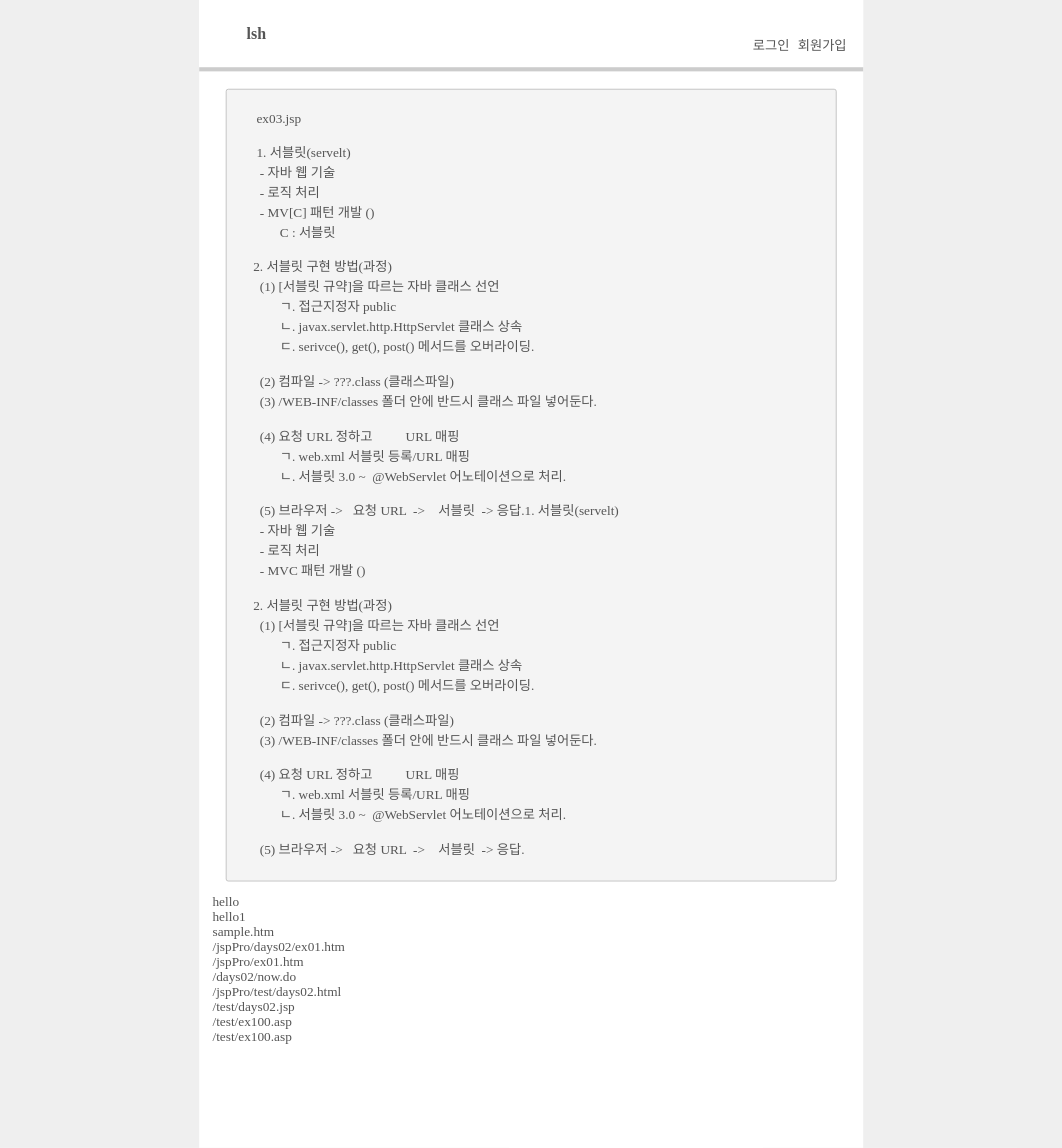
Repository: Seeker2250/JspTest
Page: http://localhost/jspPro/days02/ex03.jsp
These files come from the project's save history. The page is drawn as it stood at one moment and after the next save; the edit follows.
The browser window is 1280 px wide. The pictures show the whole page, at 83% of full size.
Some web fonts or font styles are not loaded; a fallback is used. The page is served by Tomcat 9. Other server files are loaded and not shown.

Above is the page before, as saved 2024-10-16 08:15:10.

### jspPro/src/main/webapp/days02/ex03.jsp
<%@ page language="java" contentType="text/html; charset=utf-8" pageEncoding="utf-8" %> <!-- 페이지 지시자(지시자는 @가 있다.) -->
<!DOCTYPE html>
<html>
<head>
<meta charset="UTF-8">
<title>Insert title here</title>
<link rel="shortcut icon" type="image/x-icon" href="http://localhost/jspPro/images/SiSt.ico">
<script src="https://ajax.googleapis.com/ajax/libs/jquery/3.7.1/jquery.min.js"></script>
<meta name="viewport" content="width=device-width, initial-scale=1.0">
<link rel="stylesheet" href="http://localhost/jspPro/resources/cdn-main/example.css">
<script src="http://localhost/jspPro/resources/cdn-main/example.js"></script>
<style>
 span.material-symbols-outlined{
    vertical-align: text-bottom;
 }
</style>
</head>
<body>
<header>
  <h1 class="main"><a href="#" style="position: absolute;top:30px;">lsh</a></h1>
  <ul>
    <li><a href="#">로그인</a></li>
    <li><a href="#">회원가입</a></li>
  </ul>
</header>
<div>
  <xmp class="code">
     ex03.jsp

     1. 서블릿(servelt)
      - 자바 웹 기술
      - 로직 처리
      - MV[C] 패턴 개발 ()
            C : 서블릿

    2. 서블릿 구현 방법(과정)
      (1) [서블릿 규약]을 따르는 자바 클래스 선언
            ㄱ. 접근지정자 public
            ㄴ. javax.servlet.http.HttpServlet 클래스 상속
            ㄷ. serivce(), get(), post() 메서드를 오버라이딩.

      (2) 컴파일 -> ???.class (클래스파일)
      (3) /WEB-INF/classes 폴더 안에 반드시 클래스 파일 넣어둔다.

      (4) 요청 URL 정하고          URL 매핑
            ㄱ. web.xml 서블릿 등록/URL 매핑
            ㄴ. 서블릿 3.0 ~  @WebServlet 어노테이션으로 처리.

      (5) 브라우저 ->   요청 URL  ->    서블릿  -> 응답.1. 서블릿(servelt)
      - 자바 웹 기술
      - 로직 처리
      - MVC 패턴 개발 ()

    2. 서블릿 구현 방법(과정)
      (1) [서블릿 규약]을 따르는 자바 클래스 선언
            ㄱ. 접근지정자 public
            ㄴ. javax.servlet.http.HttpServlet 클래스 상속
            ㄷ. serivce(), get(), post() 메서드를 오버라이딩.

      (2) 컴파일 -> ???.class (클래스파일)
      (3) /WEB-INF/classes 폴더 안에 반드시 클래스 파일 넣어둔다.

      (4) 요청 URL 정하고          URL 매핑
            ㄱ. web.xml 서블릿 등록/URL 매핑
            ㄴ. 서블릿 3.0 ~  @WebServlet 어노테이션으로 처리.

      (5) 브라우저 ->   요청 URL  ->    서블릿  -> 응답.
  </xmp>

  <a href="/jspPro/hello?name=홍길동">hello</a><br>
  <a href="/jspPro/hello1?name=김이박">hello1</a><br>


  <a href="sample.htm">sample.htm</a><br />
  <a href="/jspPro/days02/ex01.htm">/jspPro/days02/ex01.htm</a><br />
  <a href="/jspPro/ex01.htm">/jspPro/ex01.htm</a><br />

  <!-- / 경로의 위치가 다르기 때문에 jspPro 부터 시작한다. -->
  <a href="/jspPro/days02/now.do">/days02/now.do</a><br />

  <a href="/jspPro/test/days02/ex100.html">/jspPro/test/days02.html</a><br />
  <a href="/test/days02.jsp">/test/days02.jsp</a><br /> <!-- localhost로 들어가잖아 jspPro없어서 그래  -->
  <a href="/test/ex100.asp">/test/ex100.asp</a><br /> <!-- localhost로 들어가잖아 jspPro없어서 그래  -->
  <a href="/jspPro/test/ex100.asp">/test/ex100.asp</a><br />

  <!-- [차이점] 과제 / ch17, 514p
  <url-pattern>/</url-pattern>
  <url-pattern>/*</url-pattern>
   -->
</div>
</body>
</html>

### jspPro/src/main/webapp/resources/cdn-main/example.css
@charset "UTF-8";

@import url('https://fonts.googleapis.com/css2?family=Material+Symbols+Outlined:opsz,wght,FILL,GRAD@20..48,100..700,0..1,-50..200');

@font-face {
    font-family: 'GmarketSansMedium';
    src: url('https://cdn.jsdelivr.net/gh/projectnoonnu/noonfonts_2001@1.1/GmarketSansMedium.woff') format('woff');
    font-weight: normal;
    font-style: normal;
}

:root {
	--text-color: #555;
	--sub-text-color: #777;
	--back-color: #EFEFEF;
	--header-color: #444;
	--primary-color: #DEDEDE;
	--secondary-color: #EFEFEF;
	--default-width: 800px;
	--narrow-width: 500px;
	--wide-width: 1200px;
	--text-font: 'GmarketSansMedium';
	--icon-font: 'Material Symbols Outlined';
	--border-color: #CCC;
}

html, body {
	margin: 0;
	padding: 0;
}

html {
	background-color: var(--back-color);
	display: flex;
	justify-content: center;
	min-height: 100vh;
}

body, body.default {
	width: var(--default-width);
	background-color: white;
	padding-bottom: 120px;
}

body.wide {
	width: var(--wide-width);
}

body.narrow {
	width: var(--narrow-width);
}



body, p, div, span, a, input, select, option, textarea, button, table, th, td, label, fieldset, legend {
	font-family: var(--text-font);
	color: var(--text-color);
}

h1, h2, h3 {
	font-family: var(--text-font);
	color: var(--header-color);
	padding: 0 1rem;
	padding-top: .5rem;
}

div > h1, div > h2, div > h3 {
	padding: 0;
}

body > div, body > main > div {
	padding: 0.3rem 1rem;
}


h1 { font-size: 2rem; border-bottom: 1px solid var(--border-color); }
h1 small { font-size: 1.2rem; color: var(--sub-text-color); }
h2 { font-size: 1.5rem; border-bottom: 1px dashed var(--border-color); }
h2 small { font-size: 1.1rem; color: --sub-text-color; }
h3 { font-size: 1.2rem; }
h3 small { font-size: 1rem; color: --sub-text-color; }



h1.main::before {
	font-family: var(--icon-font);
  	content: '\e666';
  	margin-right: 10px;
  	float: left;
	font-size: 2.5rem;
}

h1.sub::before {
	font-family: var(--icon-font);
  	content: '\ea19';
  	margin-right: 10px;
  	float: left;
	font-size: 2.5rem;
}


h1.page::before {
	font-family: var(--icon-font);
  	content: '\e0e0';
  	margin-right: 10px;
  	float: left;
	font-size: 2.5rem;
}

body > header > ul > li > .active{
	background-color: #FFF;
	color:#F00;
}

body > header {
	display: flex;
	justify-content: space-between;
	border-bottom: 5px solid var(--border-color);
	min-height: 74px;
	background-color: #FFF;
}

body > header.sticky {
	position: sticky;
	top: 0;
	z-index: 98;
}

body > header > h1 {
	font-size: 1.2rem;
	border: 0;
}

body > header.in > h1::before {
	font-family: var(--icon-font);
  	content: '\e332‥';
  	margin-right: 3px;
  	float: left;
	font-size: 2rem;
}


body > header > ul {
	list-style-type: none;
	display: flex;
	align-items: flex-end;
	margin-right: 10px;
}

body > header > ul > li {
	margin-right: 10px;
	cursor: pointer;
}

body > header > ul > li > a {
	cursor: pointer;
}


form {
	display: block;
}

form > div {
	padding: 0.3rem 1rem;
}

div > form > div {
	padding: 0.3rem 0;
}

input, textarea, button, select {
	border: 1px solid #BBB;
	border-radius: 3px;
	outline: none;
	resize: none;
	padding: 7px;
	margin: 0;
}

input[type=text]:read-only, textarea:read-only {
	cursor: not-allowed;
	background-color: #FFF;
}

input[type=text]:disabled, textarea:disabled {
	cursor: not-allowed;
	background-color: #EEE;
}

input[type=text], input[type=password], textarea, button, select {
	/* width: 300px; */
}

textarea {
	display: block;
	height: 100px;
}

input[type=button], input[type=submit], button {
	/* width: inherit; */
}

input.short, textarea.short, button.short, select.short {
	width: 100px;
}

input.long, textarea.long, button.long, select.long {
	width: 350px;
}

.narrow input.long, .narrow textarea.long, .narrow button.long, .narrow select.long {
	width: calc(100% - 20px);
}

input.full, textarea.full, button.full, select.full {
	width: calc(100% - 20px);
}

textarea.short {
	height: 50px;
}

textarea.long {
	height: 100px;
}

textarea.full {
	height: 200px;
}

input, textarea {
	padding-top: 8px;
}

input[type=button], input[type=submit], button {
	padding: 5px 10px;
	background-color: var(--secondary-color);
	cursor: pointer;
	min-height: 36px;
}

input[type=button].primary, input[type=submit].primary, button.primary {
	/* background-color: rgba(100, 149, 237, .2); */
	background-color: var(--primary-color);
}

input[type=button].primary:hover, input[type=submit].primary:hover, button.primary:hover {
	/* background-color: rgba(100, 149, 237, .3); */
	background-color: var(--secondary-color);
}

input[type=button]:hover, input[type=submit]:hover, button:hover {
	background-color: var(--primary-color);
}

button {
	position: relative;
	left: 0;
	top: 0;
	padding-left: 35px;
}

button .material-symbols-outlined {
	position: absolute;
	left: 10px;
	top: 4px;
}

/* k2nik add */
button.login::before {
	font-family: var(--icon-font);
  	content: '\ea77';
	position: absolute;
	left: 11px;
	top: 4px;
	font-size: 1.25rem;
}

/* k2nik logout */
button.logout::before {
	font-family: var(--icon-font);
  	content: '\e9ba';
	position: absolute;
	left: 11px;
	top: 4px;
	font-size: 1.25rem;
}

/* k2nik help */
button.help::before {
	font-family: var(--icon-font);
  	content: '\f1c0';
	position: absolute;
	left: 11px;
	top: 4px;
	font-size: 1.25rem;
}

button.add::before{
	font-family: var(--icon-font);
  	content: '\e746';
	position: absolute;
	left: 11px;
	top: 4px;
	font-size: 1.25rem;
}

button.back::before {
	font-family: var(--icon-font);
  	content: '\e166';
	position: absolute;
	left: 11px;
	top: 4px;
	font-size: 1.25rem;
}

button.list::before {
	font-family: var(--icon-font);
  	content: '\e0ee';
	position: absolute;
	left: 11px;
	top: 4px;
	font-size: 1.25rem;
}


button.del::before {
	font-family: var(--icon-font);
  	content: '\e872';
	position: absolute;
	left: 11px;
	top: 4px;
	font-size: 1.25rem;
}


button.edit::before {
	font-family: var(--icon-font);
  	content: '\e745';
	position: absolute;
	left: 11px;
	top: 4px;
	font-size: 1.25rem;
}


button.login::before {
	font-family: var(--icon-font);
  	content: '\ea77';
	position: absolute;
	left: 11px;
	top: 4px;
	font-size: 1.25rem;
}


button.logout::before {
	font-family: var(--icon-font);
  	content: '\e9ba';
	position: absolute;
	left: 11px;
	top: 4px;
	font-size: 1.25rem;
}


button.in::before {
	font-family: var(--icon-font);
  	content: '\f71a';
	position: absolute;
	left: 11px;
	top: 4px;
	font-size: 1.25rem;
}


button.out::before {
	font-family: var(--icon-font);
  	content: '\f70e';
	position: absolute;
	left: 11px;
	top: 4px;
	font-size: 1.25rem;
}


button.reply::before {
	font-family: var(--icon-font);
  	content: '\e15e';
	position: absolute;
	left: 11px;
	top: 4px;
	font-size: 1.25rem;
}


button.comment::before {
	font-family: var(--icon-font);
  	content: '\e0b9';
	position: absolute;
	left: 11px;
	top: 4px;
	font-size: 1.25rem;
}


button.modal::before {
	font-family: var(--icon-font);
  	content: '\e89e';
	position: absolute;
	left: 11px;
	top: 4px;
	font-size: 1.25rem;
}


button.ok::before {
	font-family: var(--icon-font);
  	content: '\e86c';
	position: absolute;
	left: 11px;
	top: 4px;
	font-size: 1.25rem;
}


button.cancel::before {
	font-family: var(--icon-font);
  	content: '\e5c9';
	position: absolute;
	left: 11px;
	top: 4px;
	font-size: 1.25rem;
}

button.search::before {
	font-family: var(--icon-font);
  	content: '\e8b6';
	position: absolute;
	left: 11px;
	top: 4px;
	font-size: 1.25rem;
}

button.home::before {
	font-family: var(--icon-font);
  	content: '\e88a';
	position: absolute;
	left: 11px;
	top: 4px;
	font-size: 1.25rem;
}


button.sidebar::before {
	font-family: var(--icon-font);
  	content: '\f7e4';
	position: absolute;
	left: 11px;
	top: 4px;
	font-size: 1.25rem;
}


button.sidebar-right::before {
	font-family: var(--icon-font);
  	content: '\f7e5';
	position: absolute;
	left: 11px;
	top: 4px;
	font-size: 1.25rem;
}




button::before {
	font-family: var(--icon-font);
  	content: '\e323';
	position: absolute;
	left: 11px;
	top: 4px;
	font-size: 1.25rem;
}


table {
	border-collapse: collapse;
	margin: 1rem;
	box-sizing: border-box;
	width: calc(100% - 32px);
}

table.content {
	width: auto;
}

div > table {
	margin: 0;
}

table th, table td {
	border: 1px solid var(--border-color);
	padding: 7px;
	font-weight: normal;
}

table th {
	background-color: var(--back-color);
}

table.vertical th {
	width: 150px;
}

table.vertical td {
	width: calc(100% - 182px);
	padding-left: 10px;
}

table.content td, table.content th {
	width: auto;
}

body.narrow table.vertical th {
	width: 100px;
}

body.narrow table.vertical td {
	width: calc(100% - 182px);
}


table + table {
	margin-top: 30px;
}


p {
	padding: 0 1rem;
}

a {
	text-decoration: none;
}

a:hover {
	color: rgba(255, 99, 71, .7);
}

hr {
	border: 0;
	border-top: 1px solid var(--border-color);
	margin: 2rem 0;
}

.message {
	border: 1px solid var(--border-color);
	background-color: #EFEFEF;
	margin: 1rem;
	width: auto;
	padding-top: 10px;
	padding-bottom: 10px;
	font-size: 14px;
}

.message[title]::before {
	content: attr(title);
	display: block;
	border-bottom: 1px solid var(--border-color);
	padding-bottom: 5px;
	margin-bottom: 10px;
	margin-top: 7px;
}

.message.short {
	max-width: 250px;
}

.message.long {
	max-width: 500px;
}

.badge {
	float: right;
	font-size: .8rem;
	margin-top: 2px;
	margin-right: 2px;
	text-shadow: 0 0 7px gray;
}

.badge.left {
	float: none;
	margin-left: 2px;
}

.badge.right {
	float: right;
}

.badge.red {
	border-radius: 50%;
	padding: 2px 5px;
	background-color: rgb(255, 99, 71, .3);
}

.badge.yellow {

	border-radius: 50%;
	padding: 2px 5px;
	background-color: rgb(255, 215, 0, .5);
}

.badge.blue {
	border-radius: 50%;
	padding: 2px 5px;
	background-color: rgb(100, 149, 237, .3);
}

label + label {
	margin-left: 7px;
}

label input[type=checkbox], label input[type=radio] {
	transform: translate(0, 1px);
}

.group {
	display: flex;
}

.modal-content .group {
	margin-bottom: .5rem;
}

.group label {
	border: 1px solid #BBB;
	border-radius: 3px;
	outline: none;
	resize: none;
	padding: 7px 14px;
	margin: 0;
	border-top-right-radius: 0;
	border-bottom-right-radius: 0;
	background-color: #EFEFEF;
	white-space: nowrap;
	font-size: 14px;
}

.group input[type=text] {
	margin-left: -1px;
	border-top-left-radius: 0;
	border-bottom-left-radius: 0;
}

.group select {
	margin-left: -1px;
	border-top-left-radius: 0;
	border-bottom-left-radius: 0;
}

.group input.full[type=text] {
	margin-left: -1px;
	border-top-left-radius: 0;
	border-bottom-left-radius: 0;
	width: 100%;
}

.group input[type=button]:first-child, .group button:first-child {
	border-top-left-radius: 3px;
	border-bottom-left-radius: 3px;
	margin-left: 0px;
}

.group input[type=button], .group button {
	border-radius: 0;
	margin-left: -1px;
}

.group input[type=button]:last-child, .group button:last-child {
	margin-left: -1px;
	border-top-right-radius: 3px;
	border-bottom-right-radius: 3px;
}

.seperate {
	display: flex;
	justify-content: space-between;
}

div.list {
	width: max-content;
	margin: 1rem;
	border: 1px solid #BBB;
	border-radius: 3px;
	padding: 0;
}

div.list.full {
	width: auto;
	display: block;
	margin: 1rem;
	border: 1px solid #BBB;
	border-radius: 3px;
	padding: 0;
}

div.list > div {
	padding: .5rem 1rem;
	margin: 0;
	border-bottom: 1px solid #BBB;
}

div.list > div:last-child {
	border-bottom: 0;
}

pre.code , xmp.code{
	font-family: consols;
	background-color: rgba(150, 150, 150, .1);
	border: 1px solid #BBB;
	border-radius: 3px;
	padding: .5rem 1rem;
	padding-bottom: .6rem;
	margin: 1rem;
}




*[data-modal-window] {
	position: fixed;
	background-color: rgba(0, 0, 0, .3);
	left: 0;
	top: 0;
	display: none;
	justify-content: center;
	align-items: flex-start;
	width: 100%;
	min-height: 100vh;
	z-index: 100;
	opacity: 0;
	transition: 500ms all;
}

*[data-modal-window] .modal-container {
	border-radius: 5px;
	padding: 1rem;
	padding-bottom: .5rem;
	margin-top: -500px;
	opacity: 0;
	width: 500px;
	background-color: #FFF;
	margin-right: 2rem;
	transition: 500ms all;
}

*[data-modal-size=content] .modal-container {
	width: auto;
}

*[data-modal-size=narrow] .modal-container {
	width: 300px;
}

*[data-modal-size=wide] .modal-container {
	width: 760px;
}


*[data-modal-window] .modal-header {
	border-bottom: 1px solid var(--border-color);
	padding: 2px 5px;
}

*[data-modal-window] .modal-content {
	padding: 1rem 5px;
}

*[data-modal-window] .modal-content div:last-child {
	margin-top: 1rem;
	text-align: right;
}



*[data-sidebar-window] {
	position: fixed;
	background-color: #FFF;
	left: 0;
	top: 0;
	display: block;
	width: 300px;
	border-right: 1px solid var(--border-color);
	box-sizing: border-box;
	box-shadow: 0 0 3px var(--back-color);
	min-height: 100vh;
	z-index: 99;
	transform: translate(-300px, 0);
	transition-duration: 500ms;
	transition-property: transform;
}

*[data-sidebar-direction=right] {
	left: auto;
	right: 0;
	transform: translate(300px, 0);
	border-left: 1px solid var(--border-color);
}

*[data-sidebar-size=wide] {
	width: 500px;
	transform: translate(-500px, 0);
}

*[data-sidebar-window] .sidebar-title {
	border-bottom: 1px solid var(--border-color);
	margin-top: 20px;
	margin-bottom: 20px;
	padding-bottom: 5px;
	display: flex;
	justify-content: space-between;
}

*[data-sidebar-window] .sidebar-title span:last-child {
	cursor: pointer;
}


/* K2Nik pagination */
.center {
  text-align: center;
}

.pagination {
  display: inline-block;
}

.pagination a {
  color: black;
  float: left;
  padding: 3px 6px;
  text-decoration: none;
  transition: background-color .3s;
  border: 1px solid #ddd;
  margin: 0 3px;
}

.pagination a.active {
  background-color: #4CAF50;
  color: white;
  border: 1px solid #4CAF50;
}

.pagination a:hover:not(.active) {background-color: #ddd;}

### jspPro/src/main/webapp/resources/cdn-main/example.js

window.onload = () => {

    const list = document.querySelectorAll('input, textarea');

    list.forEach(item => {
        item.setAttribute('autocomplete', 'off');
    });


    const modal_btn_list = document.querySelectorAll('*[data-modal-button]');

    modal_btn_list.forEach(item => {
        item.onclick = function() {

            const name = this.dataset['modalButton'];
            const modal_window = document.querySelector('*[data-modal-window=' + name);

            const container = document.createElement('div');
            container.className = 'modal-container';



            const modal_header = document.createElement('div');
            modal_header.textContent = modal_window.dataset['modalTitle'];
            modal_header.className = 'modal-header';
            container.appendChild(modal_header);

            const modal_content = document.createElement('div');
            modal_content.className = 'modal-content';
            container.appendChild(modal_content);

            Array.from(modal_window.childNodes).forEach(item => {
                modal_content.appendChild(item);
            });

            modal_window.appendChild(container);

            modal_window.style.display = 'flex';

            setTimeout(() => {
                modal_window.style.opacity = 1;
                container.style.marginTop = '20px';
                container.style.opacity = 1;
            }, 50);


            const modal_ok = document.querySelector('*[data-modal-ok=' + name);
            modal_ok.addEventListener('click', function() {
                modal_window.style.opacity = 0;
                container.style.marginTop = '-500px';
                container.style.opacity = 0;

                setTimeout(() => {
                    modal_window.innerHTML = modal_content.innerHTML;
                    modal_window.style.display = 'none';
                }, 500);

            });

            const modal_cancel = document.querySelector('*[data-modal-cancel=' + name);
            modal_cancel.addEventListener('click', function() {

                modal_window.style.opacity = 0;
                container.style.marginTop = '-500px';
                container.style.opacity = 0;

                setTimeout(() => {
                    modal_window.innerHTML = modal_content.innerHTML;
                    modal_window.style.display = 'none';
                }, 500);
            });


        };
    });


    const sidebar_btn_list = document.querySelectorAll('*[data-sidebar-button]');

    sidebar_btn_list.forEach(item => {
        item.onclick = function() {



            const name = this.dataset['sidebarButton'];
            const sidebar_window = document.querySelector('*[data-sidebar-window=' + name);

            if (sidebar_window.style.transform == 'translate(0px, 0px)') return;



            sidebar_window.style.transform = 'translate(0, 0)';

            const sidebar_title = document.createElement('div');
            sidebar_title.className = 'sidebar-title';
            sidebar_title.innerHTML = '<span>' + sidebar_window.dataset['sidebarTitle'] + '</span><span class="material-symbols-outlined">close</span>';

            sidebar_title.children[1].onclick = function() {

                let sign = 1;
                let distance = 300;

                if (sidebar_window.dataset['sidebarDirection'] != 'right') {
                    sign = -1;
                } else {
                    sign = 1;
                }

                if (sidebar_window.dataset['sidebarSize'] != 'wide') {
                    distance = 300;
                } else {
                    distance = 500;
                }

                distance *= sign;

                sidebar_window.style.transform = 'translate(' + distance + 'px, 0)';

                setTimeout(function() {
                    sidebar_window.removeChild(sidebar_window.children[0]);
                }, 500);
            };


            sidebar_window.prepend(sidebar_title);

        }
    });

};

// window.onkeydown = function(event) {

//     if (event.keyCode == 27) {
//         if (document.querySelector('[data-modal-window').style.display == 'flex') {
//             document.querySelector('[data-modal-window').style.display = 'none';
//         }
//     }

// };

After the next save:
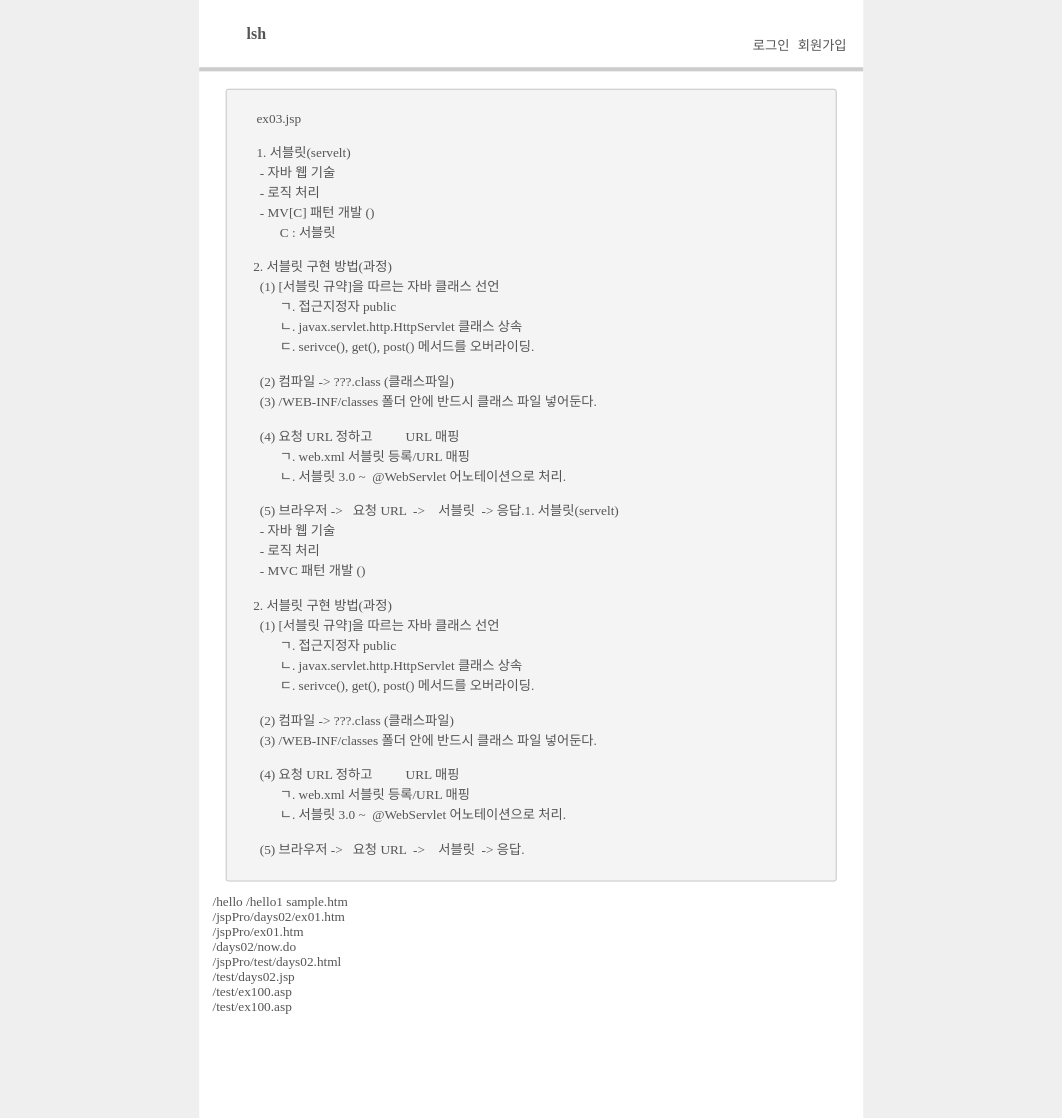
Saved 97 s later.
--- a/jspPro/src/main/webapp/days02/ex03.jsp
+++ b/jspPro/src/main/webapp/days02/ex03.jsp
@@ -67,8 +67,8 @@
       (5) 브라우저 ->   요청 URL  ->    서블릿  -> 응답.
   </xmp>
 
-  <a href="/jspPro/hello?name=홍길동">hello</a><br>
-  <a href="/jspPro/hello1?name=김이박">hello1</a><br>
+  <a href="/jspPro/hello?name=이시훈">/hello</a>
+  <a href="/jspPro/hello1?name=김준석">/hello1</a>
 
 
   <a href="sample.htm">sample.htm</a><br />
